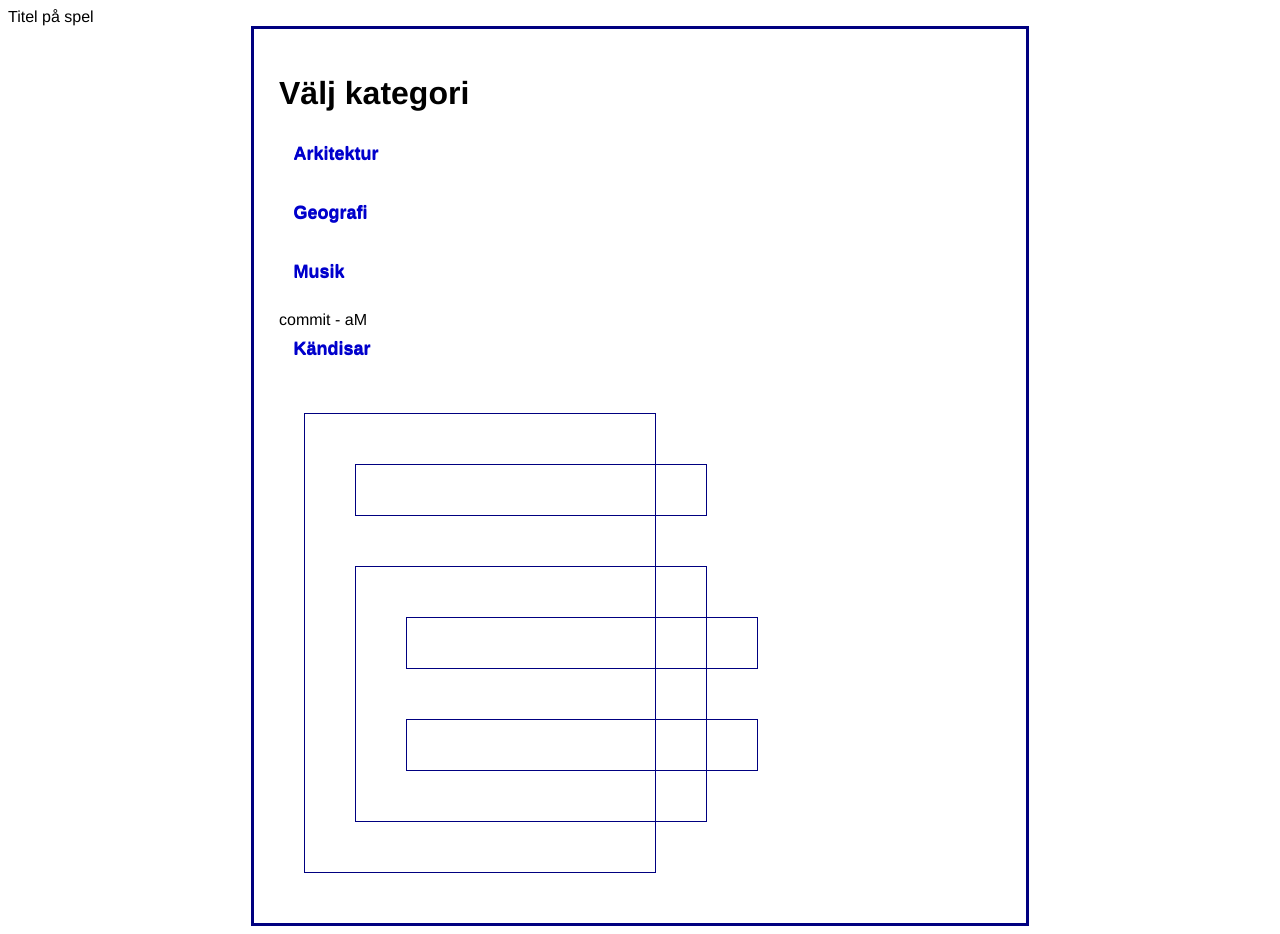
Repository: ed222gg/project2
Page: pages/start.html
The author's editor kept a record of every edit. The page is drawn from the files as they stood at one moment, then again after the next edit.
The browser window is 1280 px wide. The pictures show the whole page.

Above is the page before.
Console error: TypeError: architectureBtn.addEventListener is not a function

After the next edit:
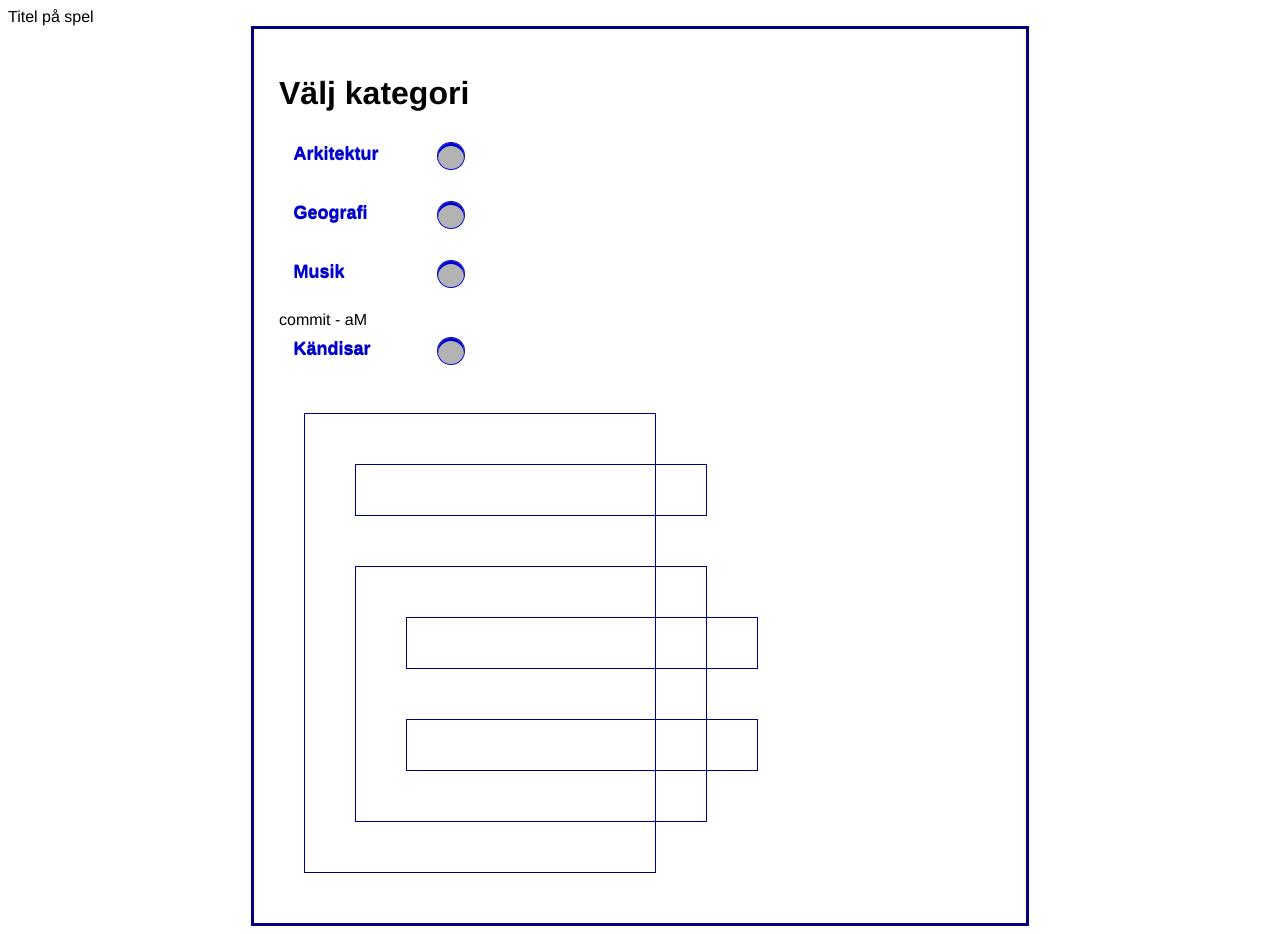
The edit:
--- a/css/style.css
+++ b/css/style.css
@@ -215,3 +215,36 @@
 body {
 font-family: "anivers", "helvetica", "Arial", "Helvetica", sans-serif;
 }
+
+.icon {
+background-attachment: scroll;
+background-color: rgba(0, 0, 0, 0.298);
+background-image: none;
+background-position: 0% 0%;
+background-repeat: repeat;
+border-bottom-left-radius: 13px;
+border-bottom-right-radius: 13px;
+border-top-left-radius: 13px;
+border-top-right-radius: 13px;
+box-shadow: 0px 3px 0px 0px inset, 0px 0px 0px 1px;
+float: right;
+height: 26px;
+width: 26px;
+}
+default values
+div {
+display: block;
+}
+Inherited from a
+index.html
+.darkbg-blue {
+color: #dafffe;
+}
+default values
+a {
+color: #0000cc;
+}
+
+body {
+font-family: "anivers", "helvetica", "Arial", "Helvetica", sans-serif;
+}
